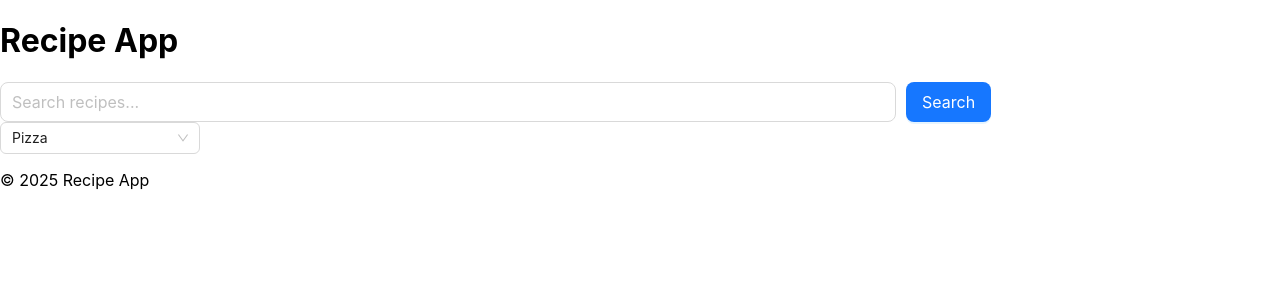
Repository: LearnTek-In-Private-Limited/recipie-era-premier
Page: /
The author's editor kept a copy of each file at every save. The page is drawn from the files as they stood at one save, then again after the next save.
The browser window is 1280 px wide. The page is 1280 px wide, then 1288 px, so the pictures cover 1288 px, including what lies to the right of the window. The pictures show the whole page.
The page's requests for data from a server got no answer. The project was rebuilt for these pictures with package versions that can differ from the ones it lists, and the page was loaded fresh each time. No one was signed in, and anything a server would have sent is missing.

Above is the page before, as saved 2025-01-25 19:39:39.

### src/App.js
import React from 'react';
import { Provider } from 'react-redux';
import store from './redux/store';
import RecipeList from './components/RecipeList';
import SearchBar from './components/SearchBar';
import FavoritesList from './components/FavoritesList';
import FilterOptions from './components/FilterOptions';

function App() {
  return (
    <Provider store={store}>
      <div className="container">
        <header className="bg-primary text-white text-center py-3">
          <h1>Recipe App</h1>
        </header>
        <main className="py-4">
          <div className="row mb-4">
            {/* Filters and Search */}
            <div className="col-12">
              <SearchBar />
              <FilterOptions />
            </div>
          </div>
          <div className="row">
            {/* Recipe List */}
            <div className="col-md-8">
              <RecipeList />
            </div>

            {/* Favorites */}
            <div className="col-md-4">
              <FavoritesList />
            </div>
          </div>
        </main>
        <footer className="text-center py-3">
          <p>&copy; 2025 Recipe App</p>
        </footer>
      </div>
    </Provider>
  );
}

export default App;

### src/redux/store.js
import { createStore, combineReducers, applyMiddleware } from 'redux';
import {thunk} from 'redux-thunk';
import { recipeReducer, favoriteReducer } from '../redux/reducers/recipeReducer';

const rootReducer = combineReducers({
  recipes: recipeReducer,
  favorites: favoriteReducer,
});

const store = createStore(rootReducer, applyMiddleware(thunk));

export default store;

### src/components/RecipeList.js
import React, { useState, useEffect } from 'react';
import { Card, Col, Row, Button, Modal } from 'antd';
import { useDispatch, useSelector } from 'react-redux';
import { fetchRecipes, toggleFavorite } from '../redux/actions/recipeActions';

const RecipeList = () => {
  const dispatch = useDispatch();
  const recipes = useSelector((state) => state.recipes.recipes);
  const favorites = useSelector((state) => state.favorites);
  const [selectedRecipe, setSelectedRecipe] = useState(null);

  // Fetch recipes on mount
  useEffect(() => {
    dispatch(fetchRecipes());
  }, [dispatch]);

  const isFavorite = (recipe) => favorites.some((fav) => fav.label === recipe.label);

  const handleRecipeClick = (recipe) => {
    setSelectedRecipe(recipe);
  };

  const handleCloseModal = () => {
    setSelectedRecipe(null);
  };

  const toggleFavoriteStatus = (recipe) => {
    dispatch(toggleFavorite(recipe));
  };

  return (
    <>
      <Row gutter={[16, 16]}>
        {recipes.map((recipe, index) => (
          <Col xs={24} sm={12} md={8} lg={6} key={index}>
            <Card
              hoverable
              style={{ height: '100%', display: 'flex', flexDirection: 'column', justifyContent: 'space-between' }}
              cover={
                <img
                  alt={recipe.label}
                  src={recipe.image}
                  style={{ height: '200px', objectFit: 'cover' }}
                />
              }
              title={recipe.label}
              onClick={() => handleRecipeClick(recipe)} // Clicking on the card opens the modal
            >
              <p>{recipe.cuisineType?.join(', ') || 'No cuisine info'}</p>
              <Button
                type={isFavorite(recipe) ? 'danger' : 'primary'}
                onClick={(e) => {
                  e.stopPropagation(); // Prevent card click event from firing
                  toggleFavoriteStatus(recipe);
                }}
              >
                {isFavorite(recipe) ? 'Remove Favorite' : 'Add to Favorites'}
              </Button>
            </Card>
          </Col>
        ))}
      </Row>

      {/* Modal to show recipe details */}
      <Modal
        title={selectedRecipe?.label}
        visible={selectedRecipe !== null}
        onCancel={handleCloseModal}
        footer={null}
        width={800}
      >
        {selectedRecipe && (
          <div>
            <img
              alt={selectedRecipe.label}
              src={selectedRecipe.image}
              style={{ width: '100%', height: 'auto', objectFit: 'cover' }}
            />
            <h3>Ingredients</h3>
            <ul>
              {selectedRecipe.ingredients.map((ingredient, index) => (
                <li key={index}>{ingredient.text}</li>
              ))}
            </ul>
            <h3>Instructions</h3>
            <p>{selectedRecipe.instructions}</p>
            <p><strong>Preparation time:</strong> {selectedRecipe.totalTime} minutes</p>
            <p><strong>Serving size:</strong> {selectedRecipe.yield} servings</p>
          </div>
        )}
      </Modal>
    </>
  );
};

export default RecipeList;

### src/components/SearchBar.js
import React, { useState } from 'react';
import { Input, Button, message } from 'antd';
import { useDispatch } from 'react-redux';
import { fetchRecipes } from '../redux/actions/recipeActions';

const SearchBar = () => {
  const [query, setQuery] = useState('');
  const dispatch = useDispatch();

  const handleSearch = () => {
    if (!query) {
      message.warning('Please enter a search query');
      return;
    }
    dispatch(fetchRecipes(query));
  };

  return (
    <div className="mb-4">
      <Input
        placeholder="Search recipes..."
        value={query}
        onChange={(e) => setQuery(e.target.value)}
        size="large"
        style={{ marginRight: '10px', width: '70%' }}
        onPressEnter={handleSearch} // Allow "Enter" key to trigger search
      />
      <Button type="primary" size="large" onClick={handleSearch}>
        Search
      </Button>
    </div>
  );
};

export default SearchBar;

### src/components/FavoritesList.js
import React from 'react';
import { Card, Col, Row, Button } from 'antd';
import { useDispatch, useSelector } from 'react-redux';

const RecipeList = () => {
  const dispatch = useDispatch();
  const recipes = useSelector((state) => state.recipes.recipes);
  const favorites = useSelector((state) => state.favorites);

  // Placeholder images
  const vegetarianImage = 'https://via.placeholder.com/150/green'; // Vegetarian placeholder
  const nonVegetarianImage = 'https://via.placeholder.com/150/red'; // Non-vegetarian placeholder

  // Check if the recipe is in favorites
  const isFavorite = (recipe) => favorites.some((fav) => fav.label === recipe.label);

  // Add or remove recipe from favorites
  const toggleFavorite = (recipe) => {
    if (isFavorite(recipe)) {
      dispatch({ type: 'REMOVE_FAVORITE', payload: recipe.label });
    } else {
      dispatch({ type: 'ADD_FAVORITE', payload: recipe });
    }
  };

  return (
    <Row gutter={[16, 16]}>
      {recipes.map((recipe, index) => {
        const isVegetarian = recipe.recipe.dietLabels.includes('Vegetarian');
        const imageUrl = isVegetarian ? vegetarianImage : nonVegetarianImage;

        return (
          <Col xs={24} sm={12} md={8} lg={6} key={index}>
            <Card
              hoverable
              style={{
                height: '350px',
                display: 'flex',
                flexDirection: 'column',
                justifyContent: 'space-between',
              }}
              cover={
                <img
                  className="recipe-image"
                  alt={recipe.recipe.label}
                  src={imageUrl || 'https://via.placeholder.com/150'}
                />
              }
              title={recipe.recipe.label}
            >
              <p>{recipe.recipe.cuisineType?.join(', ') || 'No cuisine info'}</p>
              <Button
                type={isFavorite(recipe.recipe) ? 'danger' : 'primary'}
                onClick={() => toggleFavorite(recipe.recipe)}
              >
                {isFavorite(recipe.recipe) ? 'Remove Favorite' : 'Add to Favorites'}
              </Button>
            </Card>
          </Col>
        );
      })}
    </Row>
  );
};

export default RecipeList;

### src/components/FilterOptions.js
import React from 'react';
import { Select } from 'antd';
import { useDispatch } from 'react-redux';
import { fetchRecipes } from '../redux/actions/recipeActions';

const FilterBar = () => {
  const dispatch = useDispatch();

  const handleFilterChange = (value) => {
    dispatch(fetchRecipes(value));
  };

  return (
    <Select
      defaultValue="pizza"
      style={{ width: 200 }}
      onChange={handleFilterChange}
    >
      <Select.Option value="pizza">Pizza</Select.Option>
      <Select.Option value="vegetarian">Vegetarian</Select.Option>
      <Select.Option value="gluten-free">Gluten-Free</Select.Option>
      <Select.Option value="dessert">Dessert</Select.Option>
    </Select>
  );
};

export default FilterBar;

### src/redux/reducers/recipeReducer.js
const initialState = {
  recipes: [],
  loading: false,
  error: null,
};

export const recipeReducer = (state = initialState, action) => {
  switch (action.type) {
    case 'FETCH_RECIPES_SUCCESS':
      return {
        ...state,
        recipes: action.payload,
        loading: false,
      };
    case 'FETCH_RECIPES_FAILURE':
      return {
        ...state,
        loading: false,
        error: action.payload,
      };
    default:
      return state;
  }
};

const favoriteState = [];

export const favoriteReducer = (state = favoriteState, action) => {
  switch (action.type) {
    case 'TOGGLE_FAVORITE':
      const recipeExists = state.some((fav) => fav.label === action.payload.label);
      if (recipeExists) {
        return state.filter((fav) => fav.label !== action.payload.label);
      } else {
        return [...state, action.payload];
      }
    default:
      return state;
  }
};

### src/redux/actions/recipeActions.js
import axios from 'axios';

export const fetchRecipes = (query = 'pizza') => async (dispatch) => {
  try {
    const response = await axios.get(
      `https://api.edamam.com/search?q=${query}&app_id=a5de3521&app_key=28f8a20bd893e2740e68d4bbb349b977&from=0&to=50`
    );
    const recipes = response.data.hits.map(hit => hit.recipe);
    dispatch({ type: 'FETCH_RECIPES_SUCCESS', payload: recipes });
  } catch (error) {
    dispatch({ type: 'FETCH_RECIPES_FAILURE', payload: error });
  }
};

export const toggleFavorite = (recipe) => {
  return {
    type: 'TOGGLE_FAVORITE',
    payload: recipe,
  };
};

Loaded but not shown: public/index.html (common file); src/index.js (common file); src/index.css (common file); src/reportWebVitals.js (common file)

After the next save:
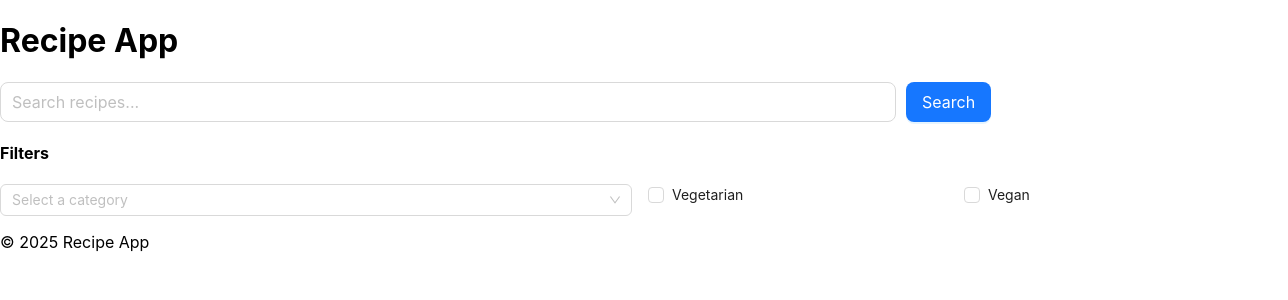
Saved 8 s later.
--- a/src/components/FilterOptions.js
+++ b/src/components/FilterOptions.js
@@ -1,27 +1,52 @@
 import React from 'react';
-import { Select } from 'antd';
+import { Select, Checkbox, Row, Col } from 'antd';
 import { useDispatch } from 'react-redux';
 import { fetchRecipes } from '../redux/actions/recipeActions';
 
-const FilterBar = () => {
+const { Option } = Select;
+
+const FilterOptions = () => {
   const dispatch = useDispatch();
 
-  const handleFilterChange = (value) => {
+  const handleCategoryChange = (value) => {
     dispatch(fetchRecipes(value));
   };
 
+  const handleDietaryChange = (checkedValues) => {
+    const query = checkedValues.join(',');
+    dispatch(fetchRecipes(query));
+  };
+
   return (
-    <Select
-      defaultValue="pizza"
-      style={{ width: 200 }}
-      onChange={handleFilterChange}
-    >
-      <Select.Option value="pizza">Pizza</Select.Option>
-      <Select.Option value="vegetarian">Vegetarian</Select.Option>
-      <Select.Option value="gluten-free">Gluten-Free</Select.Option>
-      <Select.Option value="dessert">Dessert</Select.Option>
-    </Select>
+    <div className="mb-4">
+      <h4>Filters</h4>
+      <Row gutter={16}>
+        <Col md={12}>
+          <Select
+            style={{ width: '100%' }}
+            placeholder="Select a category"
+            onChange={handleCategoryChange}
+          >
+            <Option value="breakfast">Breakfast</Option>
+            <Option value="lunch">Lunch</Option>
+            <Option value="dinner">Dinner</Option>
+          </Select>
+        </Col>
+        <Col md={12}>
+          <Checkbox.Group style={{ width: '100%' }} onChange={handleDietaryChange}>
+            <Row>
+              <Col span={12}>
+                <Checkbox value="vegetarian">Vegetarian</Checkbox>
+              </Col>
+              <Col span={12}>
+                <Checkbox value="vegan">Vegan</Checkbox>
+              </Col>
+            </Row>
+          </Checkbox.Group>
+        </Col>
+      </Row>
+    </div>
   );
 };
 
-export default FilterBar;
+export default FilterOptions;
